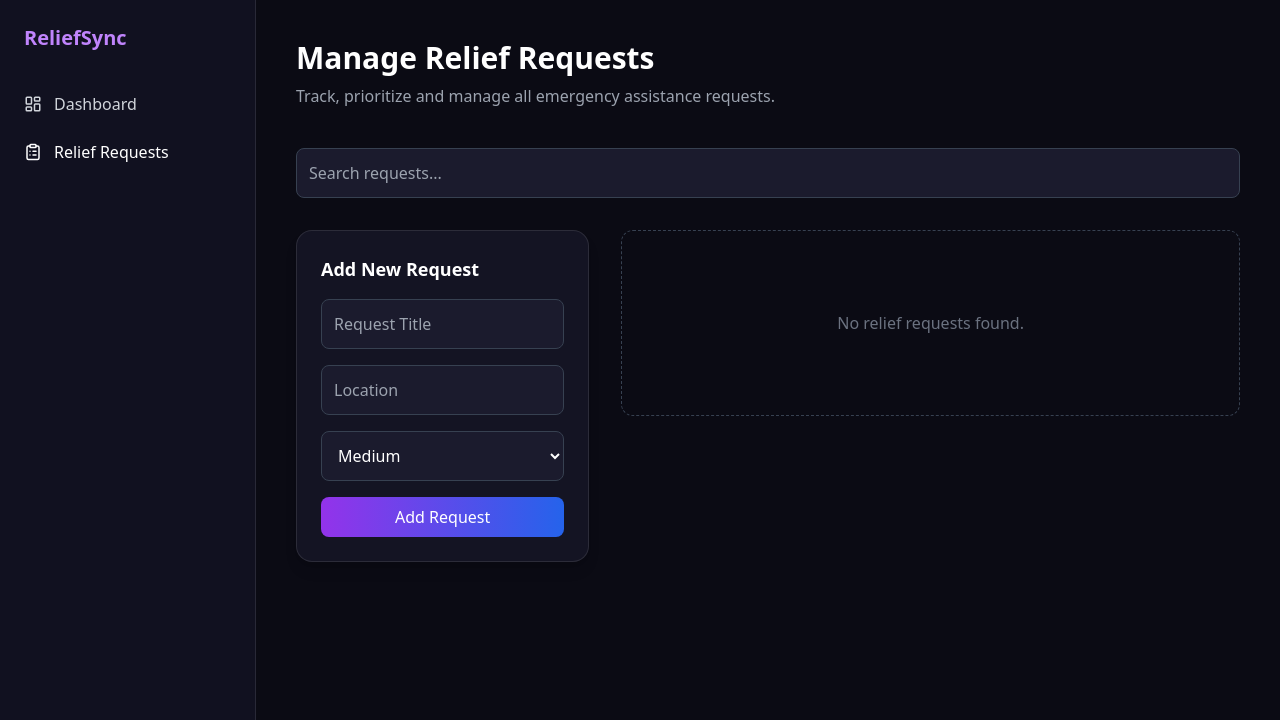
Repository: Gazal1116/Reliefsync
Page: /request (app in Frontend/)
These files come from the project's save history. The page is drawn as it stood at one moment and after the next save; the edit follows.
The browser window is 1280 px wide. The pictures show the whole page.
The page's requests for data from a server got no answer. The project was rebuilt for these pictures with package versions that can differ from the ones it lists, and the page was loaded fresh each time. No one was signed in, and anything a server would have sent is missing. Also part of the build but not shown: Frontend/vite.config.js, Frontend/src/components/register.jsx, Frontend/src/components/login.jsx.

Above is the page before, as saved 2026-03-03 15:21:24.

After the next save:
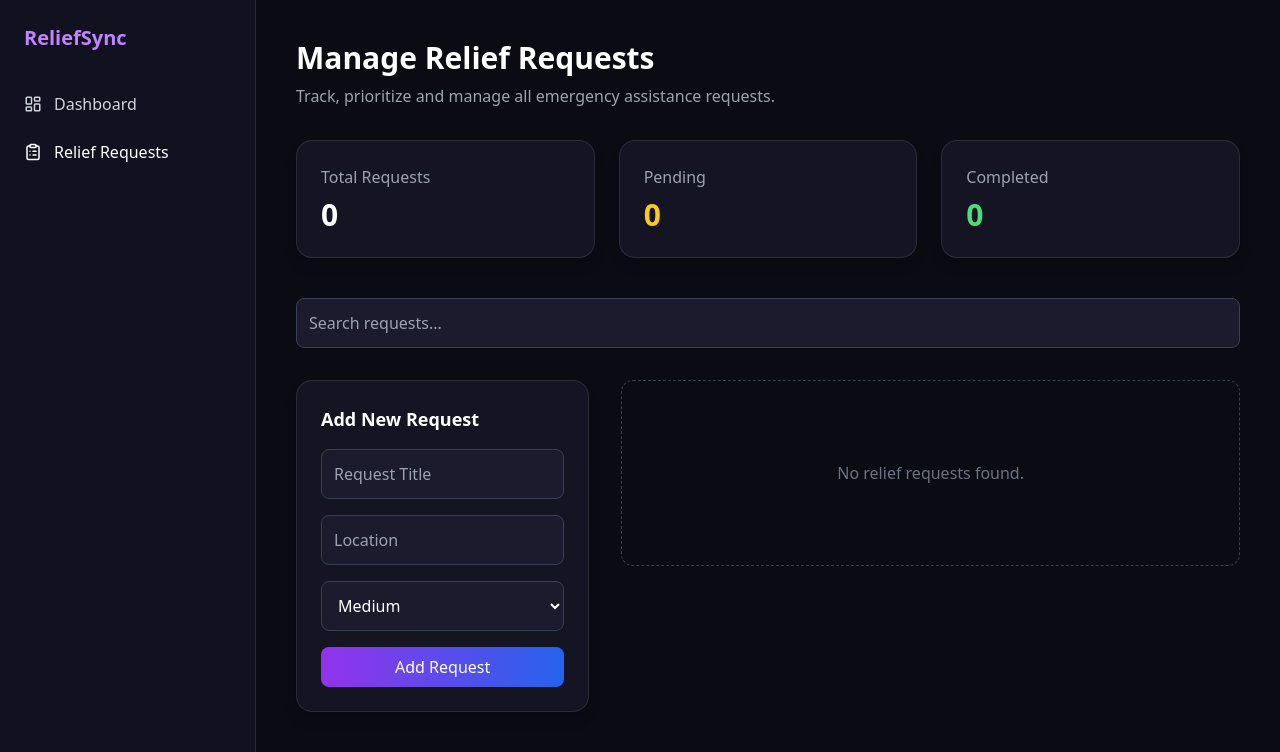
Saved 3 min 22 s later.
--- a/Frontend/src/components/reliefrequest.jsx
+++ b/Frontend/src/components/reliefrequest.jsx
@@ -63,6 +63,11 @@ function ReliefRequests() {
     req.title.toLowerCase().includes(search.toLowerCase())
   );
 
+  // 📊 Stats Calculation
+  const total = requests.length;
+  const pending = requests.filter(r => r.status === "Pending").length;
+  const completed = requests.filter(r => r.status === "Completed").length;
+
   return (
     <div className="flex min-h-screen bg-[#0b0b14] text-white">
 
@@ -89,13 +94,31 @@ function ReliefRequests() {
       <div className="flex-1 p-10">
 
         {/* Header */}
-        <div className="mb-10">
+        <div className="mb-8">
           <h2 className="text-3xl font-semibold mb-2">
             Manage Relief Requests
           </h2>
           <p className="text-gray-400">
             Track, prioritize and manage all emergency assistance requests.
           </p>
+        </div>
+
+        {/* 📊 Stats Cards */}
+        <div className="grid md:grid-cols-3 gap-6 mb-10">
+          <div className="p-6 bg-[#141423] rounded-2xl border border-white/10 shadow-lg">
+            <h3 className="text-gray-400">Total Requests</h3>
+            <p className="text-3xl font-bold mt-2">{total}</p>
+          </div>
+
+          <div className="p-6 bg-[#141423] rounded-2xl border border-white/10 shadow-lg">
+            <h3 className="text-gray-400">Pending</h3>
+            <p className="text-3xl font-bold mt-2 text-yellow-400">{pending}</p>
+          </div>
+
+          <div className="p-6 bg-[#141423] rounded-2xl border border-white/10 shadow-lg">
+            <h3 className="text-gray-400">Completed</h3>
+            <p className="text-3xl font-bold mt-2 text-green-400">{completed}</p>
+          </div>
         </div>
 
         {/* Search */}
